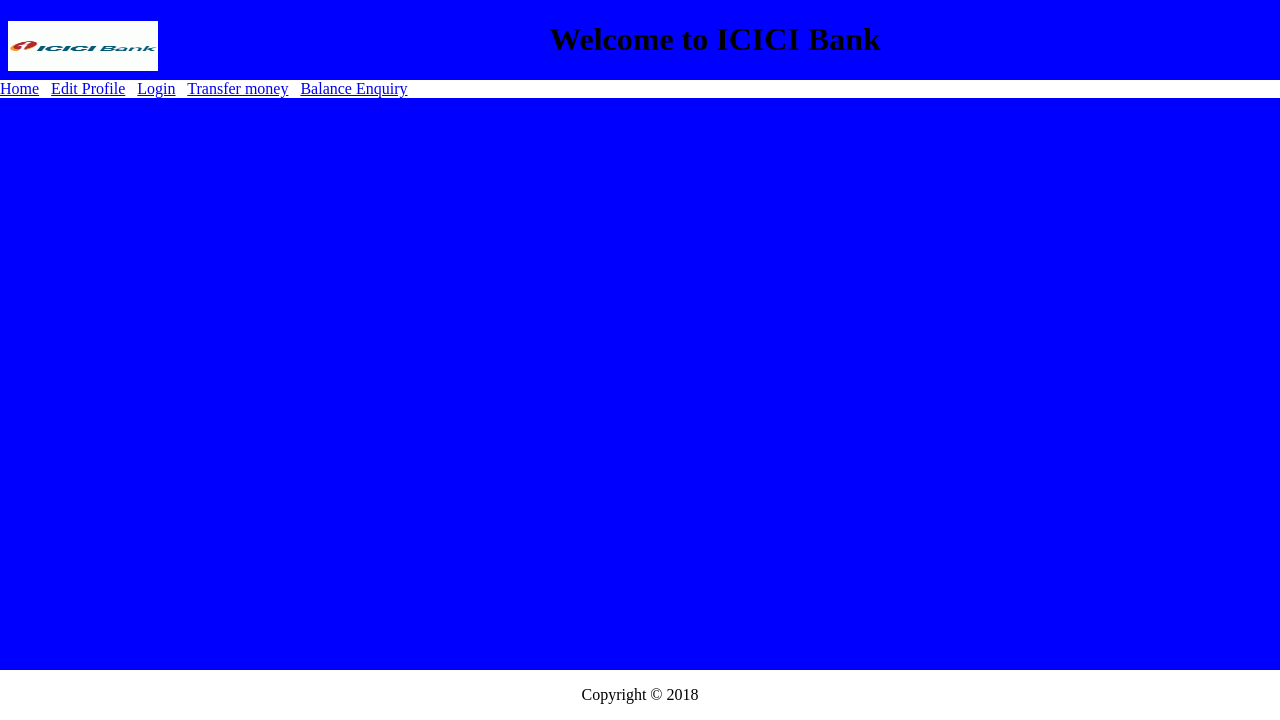
Repository: laikrish/day10
Page: http://localhost/BankApp/
An editor plug-in stored every save of this project. The page is shown before and after the next save, followed by the edit.
The browser window is 1280 px wide. The pictures show the whole page.
The page is served by Tomcat 9. Other server files are loaded and not shown.

Above is the page before, as saved 2018-09-14 07:26:49.

### BankApp/WebContent/welcome.jsp
<%@ page language="java" contentType="text/html; charset=ISO-8859-1"
    pageEncoding="ISO-8859-1"%>
<!DOCTYPE html>
<html>
<head>
<meta charset="ISO-8859-1">
<title>ICICI BANK</title>
</head>

<body bgcolor="blue" style="text-align:center">

       <img src = "images/icici logo.png" width="150" height="50" align="left"/>
       <h1> Welcome to ICICI Bank</h1>

        <%@ include file = "header.jsp" %>

		<%@ include file = "footer.jsp" %>
 </body>
</html>

### BankApp/WebContent/header.jsp
<%@ page language="java" contentType="text/html; charset=ISO-8859-1"
    pageEncoding="ISO-8859-1"%>
<!DOCTYPE html>
<html>
<head>
<meta charset="ISO-8859-1">
<title>Welcome header</title>
</head>

<style>
.header {
   position:fixed;
   left:0;
   top:50;
   width:1000%;
  background-color:white;
  color:black;
  text-align:left;
  }
  </style>
  </head>
  <body>
  <div class="header">


     <a href="login.jsp">Home</a>
        &nbsp

        <a href="login.jsp">Edit Profile</a>
        &nbsp

		<a href="login.jsp">Login</a>
		&nbsp

		<a href="login.jsp">Transfer money</a>
		&nbsp

		<a href="login.jsp">Balance Enquiry</a>
		&nbsp


  </div>
  </body>
  </html>

### BankApp/WebContent/footer.jsp
<%@ page language="java" contentType="text/html; charset=ISO-8859-1"
    pageEncoding="ISO-8859-1"%>
<!DOCTYPE html>
<html>
<head>
<meta charset="ISO-8859-1">
<title>Welcome footer</title>
<style>
.footer {
   position:fixed;
   left:0;
   bottom:0;
   width:100%;
  background-color:white;
  color:black;
  text-align:center;
  }
  </style>
  </head>
  <body>
  <div class="footer">
     <p>Copyright © 2018</p>
  </div>
  </body>
</html>

After the next save:
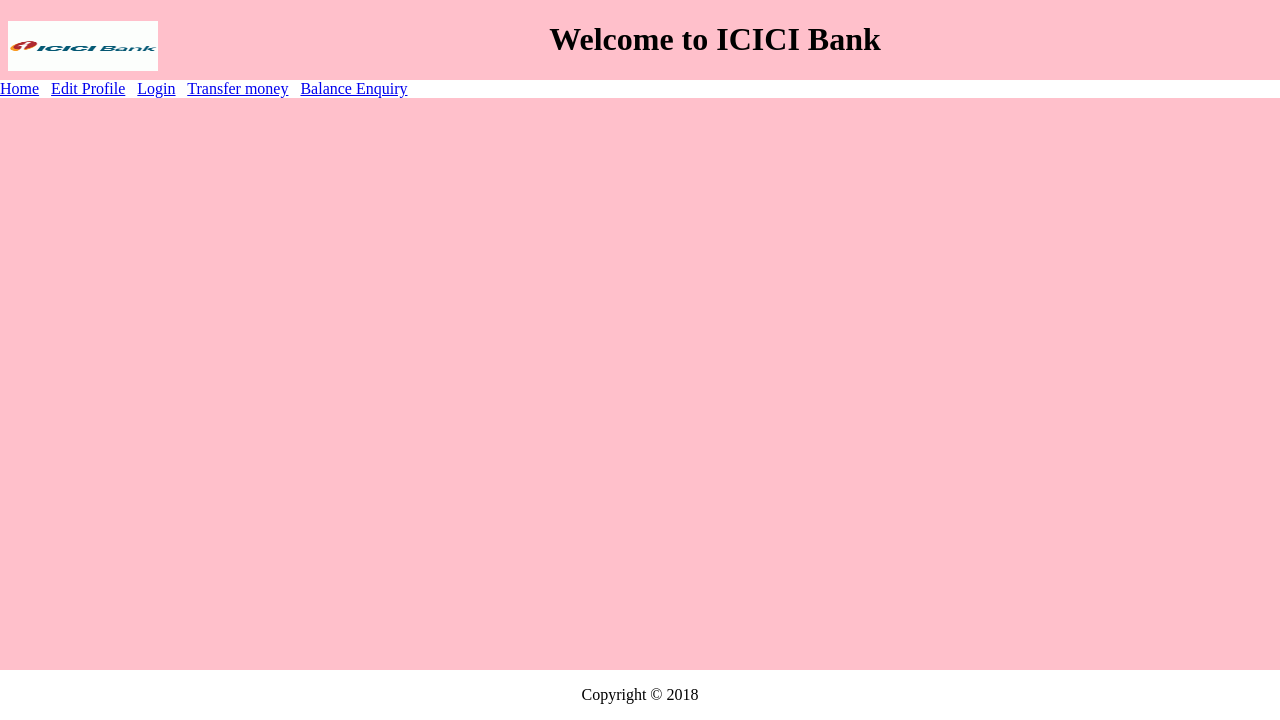
Saved 50 s later.
--- a/BankApp/WebContent/welcome.jsp
+++ b/BankApp/WebContent/welcome.jsp
@@ -7,7 +7,7 @@
 <title>ICICI BANK</title>
 </head>
 
-<body bgcolor="blue" style="text-align:center">
+<body bgcolor="pink" style="text-align:center">
 
        <img src = "images/icici logo.png" width="150" height="50" align="left"/>
        <h1> Welcome to ICICI Bank</h1>
